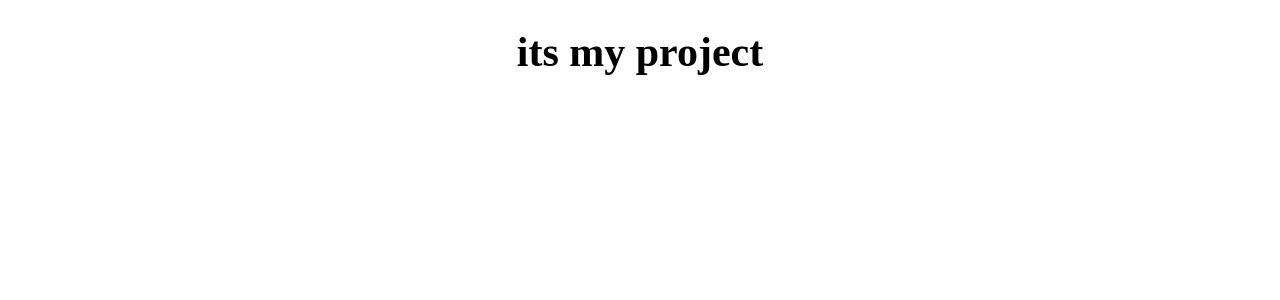
Repository: Hansol46/Films-archive
Page: /
An editor plug-in stored every save of this project. The page is shown before and after the next save, followed by the edit.
The browser window is 1280 px wide. The pictures show the whole page.
The page's requests for data from a server got no answer. The project was rebuilt for these pictures with package versions that can differ from the ones it lists, and the page was loaded fresh each time. No one was signed in, and anything a server would have sent is missing. Also part of the build but not shown: webpack.config.js.

Above is the page before, as saved 2020-09-25 01:07:34.

After the next save:
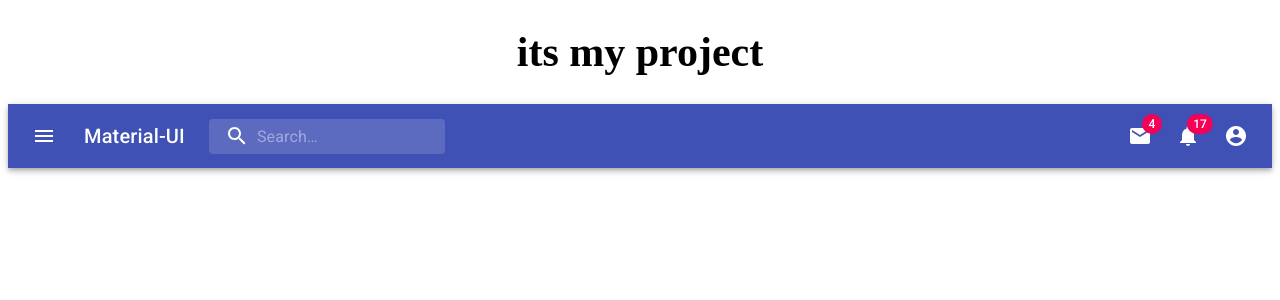
Saved 35 s later.
--- a/src/components/App.js
+++ b/src/components/App.js
@@ -1,5 +1,6 @@
 import React from 'react'
 import '../styles/App.css'
+import PrimarySearchAppBar from './material/nav'
 import Search from './Search'
 
 
@@ -7,7 +8,7 @@ function App () {
     return (
         <div>
             <h1> its my project</h1>
-
+            <PrimarySearchAppBar />
             <Search />
         </div>
     )
